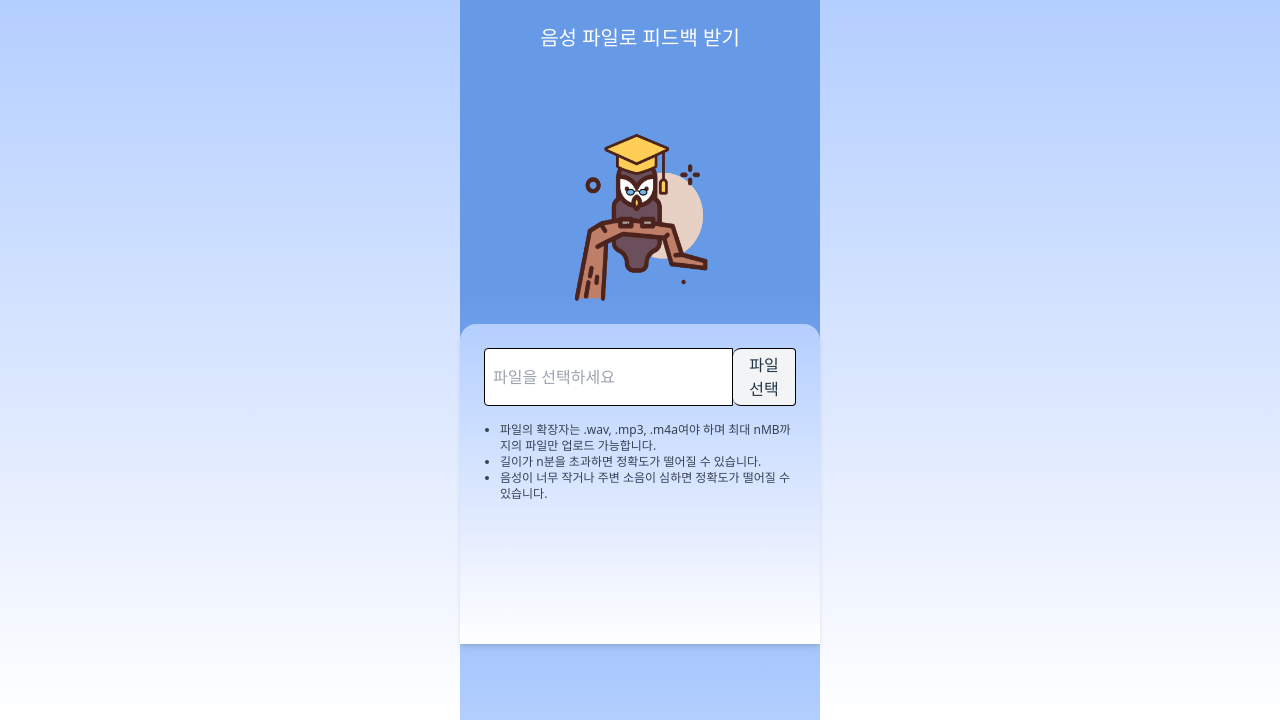
Repository: yurim1205/mini_front
Page: /record (app in frontend/)
The author's editor kept a copy of each file at every save. The page is drawn from the files as they stood at one save, then again after the next save.
The browser window is 1280 px wide. The pictures show the whole page.
The project was rebuilt for these pictures with package versions that can differ from the ones it lists, and the page was loaded fresh each time. Also part of the build but not shown: frontend/vite.config.js, frontend/src/components/common/Button.jsx, frontend/src/components/buttons/fileFeedbackBtn.jsx, frontend/src/components/buttons/rec_FeedbackBtn.jsx, frontend/src/pages/home.jsx, frontend/src/pages/fileFeedback.jsx.

Above is the page before, as saved 2025-05-14 09:28:23.

After the next save:
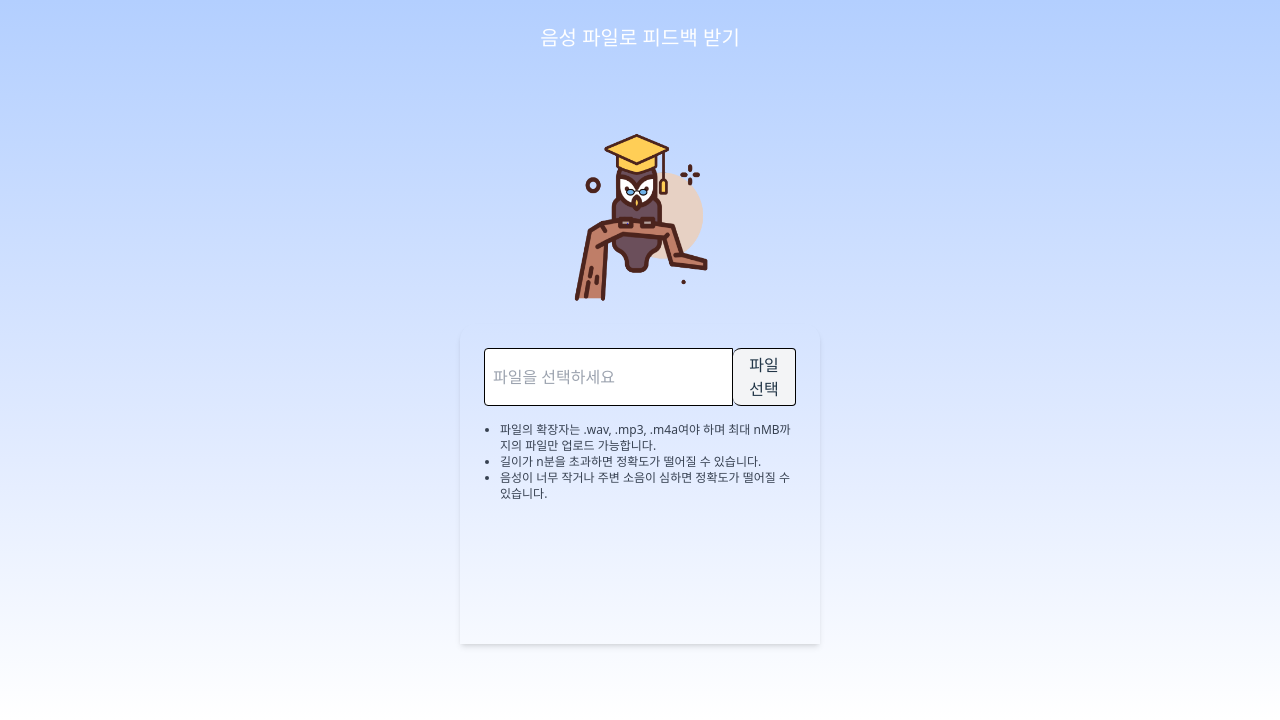
Saved 13 s later.
--- a/frontend/src/pages/recordFeedback.jsx
+++ b/frontend/src/pages/recordFeedback.jsx
@@ -14,9 +14,6 @@
     >
       <div
         className="relative h-screen flex flex-col items-center max-w-[360px] w-full"
-        style={{
-          background: "linear-gradient(to bottom, #6699E6 0%, #6699E6 40%, #b3cfff 100%)"
-        }}
       >
         <div className="flex items-center w-full px-4 pt-6">
           {/* <button onClick={() => navigate(-1)} className="text-2xl mr-2">{'←'}</button> */}
@@ -31,9 +28,6 @@
 
         <div
           className="rounded-t-2xl rounded-b-none shadow-md w-full px-6 py-6 mt-2 flex flex-col items-center min-h-[320px]"
-          style={{
-            background: "linear-gradient(to bottom, #b3cfff 0%, #e0eaff 60%, #fff 100%)"
-          }}
         >
           {/* 파일 업로드 부분 */}
           <div className="flex w-full mb-4">
